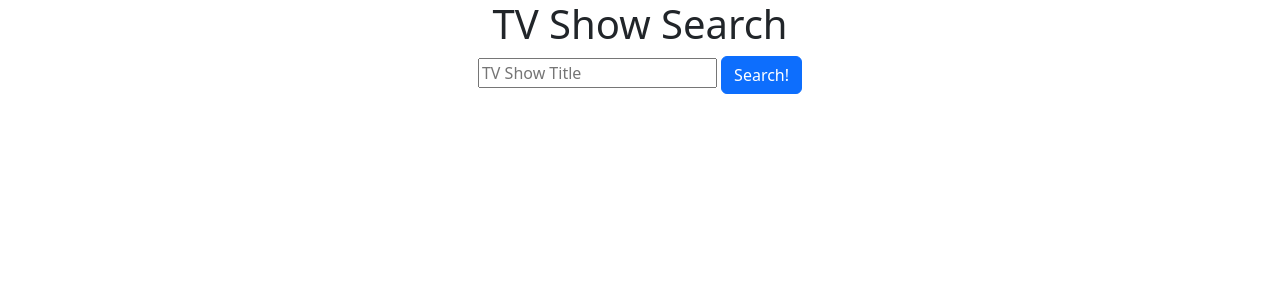
Repository: danieltikamori/wdb
Page: projects/TV-Show-search-app/index.html
An editor plug-in stored every save of this project. The page is shown before and after a run of saves, followed by the edit.
The browser window is 1280 px wide. The pictures show the whole page.
Some web libraries are served in a nearby version.

Above is the page before, as saved 2023-01-28 15:19:33.

### projects/TV-Show-search-app/index.html
<!DOCTYPE html>
<html lang="en">
  <head>
    <meta charset="UTF-8" />
    <meta http-equiv="X-UA-Compatible" content="IE=edge" />
    <meta name="viewport" content="width=device-width, initial-scale=1.0" />
    <title>TV Show Search App</title>
    <link
      href="https://cdn.jsdelivr.net/npm/bootstrap@5.3.0-alpha1/dist/css/bootstrap.min.css"
      rel="stylesheet"
      integrity="sha384-GLhlTQ8iRABdZLl6O3oVMWSktQOp6b7In1Zl3/Jr59b6EGGoI1aFkw7cmDA6j6gD"
      crossorigin="anonymous"
    />
  </head>
  <body>
    <div class="container text-center">
      <h1>TV Show Search</h1>
      <div class="btn-group" class="form-floating mb-3">
        <form action="" id="searchForm" >
          <input type="text" name="query" id="" placeholder="TV Show Title" />
          <button class="btn btn-primary">Search!</button>
        </form>
      </div>
    </div>

    <script
      src="https://cdn.jsdelivr.net/npm/bootstrap@5.3.0-alpha1/dist/js/bootstrap.bundle.min.js"
      integrity="sha384-w76AqPfDkMBDXo30jS1Sgez6pr3x5MlQ1ZAGC+nuZB+EYdgRZgiwxhTBTkF7CXvN"
      crossorigin="anonymous"
    ></script>
    <script src="https://cdn.jsdelivr.net/npm/axios@1.1.2/dist/axios.min.js"></script>
    <script src="app.js"></script>
  </body>
</html>

### projects/TV-Show-search-app/app.js
const form = document.querySelector("#searchForm");
form.addEventListener("submit", async function (e) {
  e.preventDefault();
  const searchTerm = form.elements.query.value;
  const configParams = { params: {q: searchTerm} };
  const queryResult = await axios.get(
    `https://api.tvmaze.com/search/shows`, configParams
  );
  displaytvshowImg(queryResult.data);
  form.elements.query.value = '';
});

const displaytvshowImg = (shows) => {
  for (let showResult of shows) {
    if (showResult.show.image) {
      const tvshowImg = document.createElement("IMG");
      tvshowImg.src = showResult.show.image.medium;
      document.body.append(tvshowImg);
    }
  }
};

After the next 2 saves:
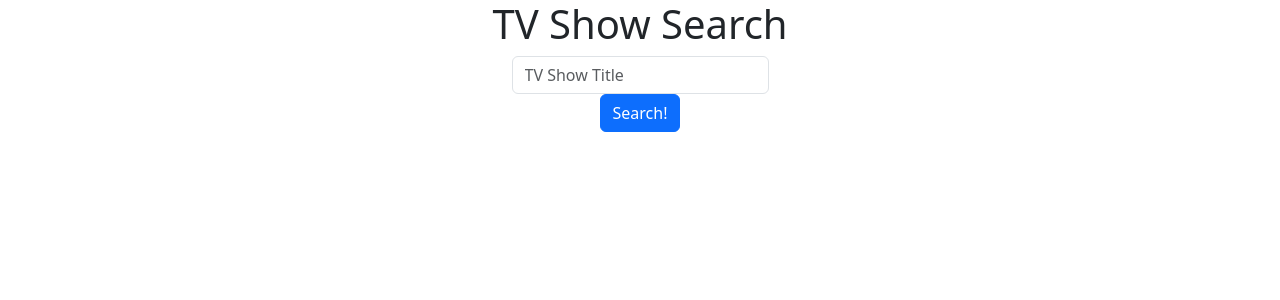
The 2 saves are shown as one change because they came seconds apart.
The last was saved 72 s later.
--- a/projects/TV-Show-search-app/index.html
+++ b/projects/TV-Show-search-app/index.html
@@ -17,7 +17,7 @@
       <h1>TV Show Search</h1>
       <div class="btn-group" class="form-floating mb-3">
         <form action="" id="searchForm" >
-          <input type="text" name="query" id="" placeholder="TV Show Title" />
+          <input type="text" name="query" id="" placeholder="TV Show Title" class="form-control">
           <button class="btn btn-primary">Search!</button>
         </form>
       </div>
